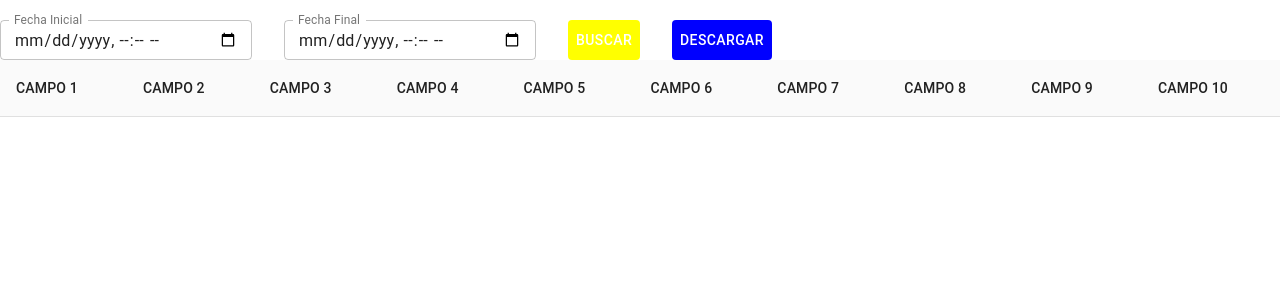
Repository: rafaelpc13/FRONT_RFNEW
Page: /
An editor plug-in stored every save of this project. The page is shown before and after the next save, followed by the edit.
The browser window is 1280 px wide. The pictures show the whole page.
The project was rebuilt for these pictures with package versions that can differ from the ones it lists, and the page was loaded fresh each time.

Above is the page before, as saved 2022-10-29 12:18:36.

After the next save:
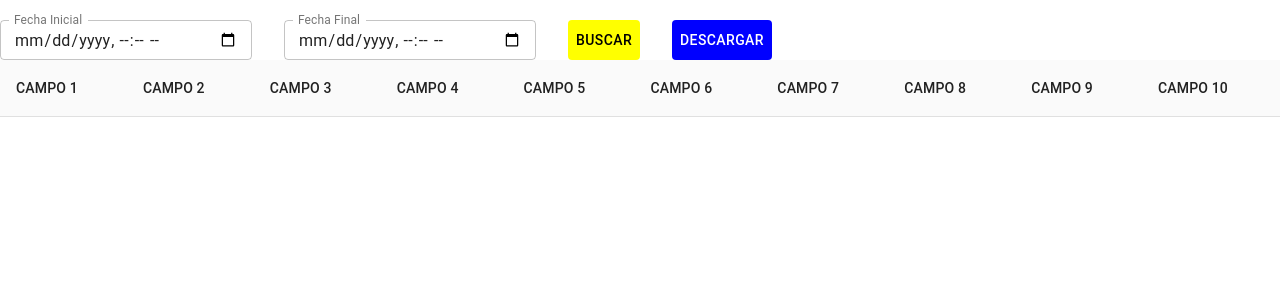
Saved 66 min 27 s later.
--- a/src/App.js
+++ b/src/App.js
@@ -25,7 +25,7 @@ function App() {
             shrink: true
           }}
         />
-         <Button  style={{ background:"yellow",color:'white' }}>
+         <Button  style={{ background:"yellow",color:'black' }}>
           Buscar</Button>
 
         <Button  style={{ background:"blue",color:'white' }}>
